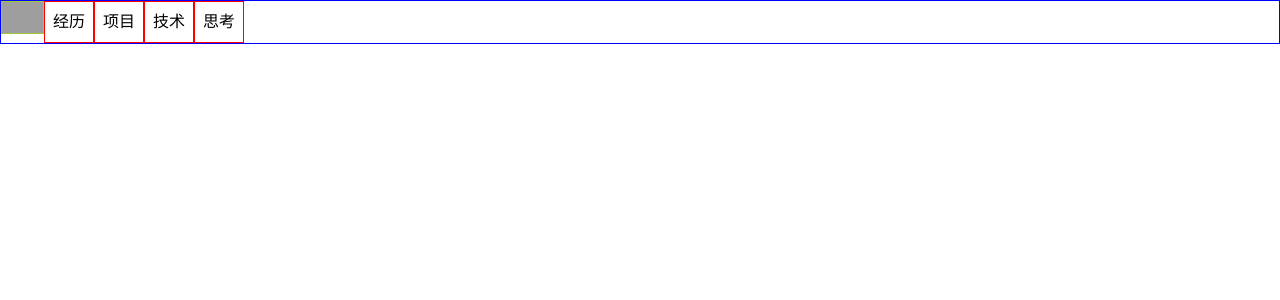
Repository: Lixianlai-2/Css-practice
Page: index.html
An editor plug-in stored every save of this project. The page is shown before and after the next save, followed by the edit.
The browser window is 1280 px wide. The pictures show the whole page.
Pictures or frames that could not be fetched are drawn as grey boxes.

Above is the page before, as saved 2021-12-03 10:07:15.

After the next save:
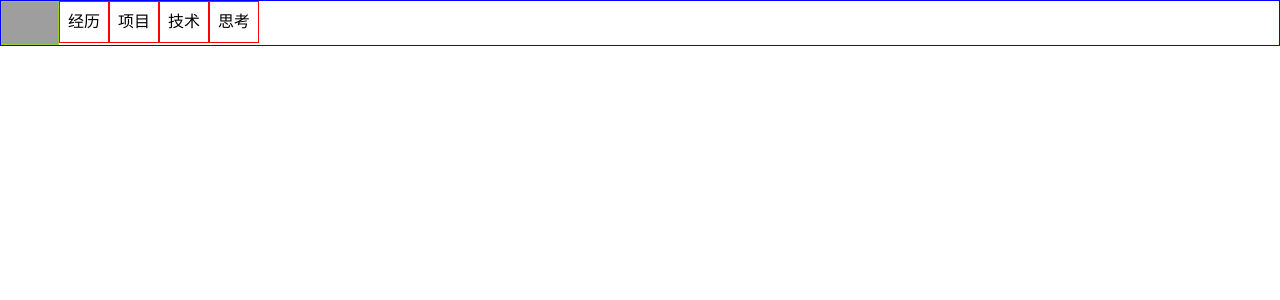
Saved 12 s later.
--- a/style.css
+++ b/style.css
@@ -29,7 +29,7 @@ ol {
   float: left;
 }
 .logo > img {
-  height: 30.8px;
+  height: 42px;
   vertical-align: middle;
 }
 
